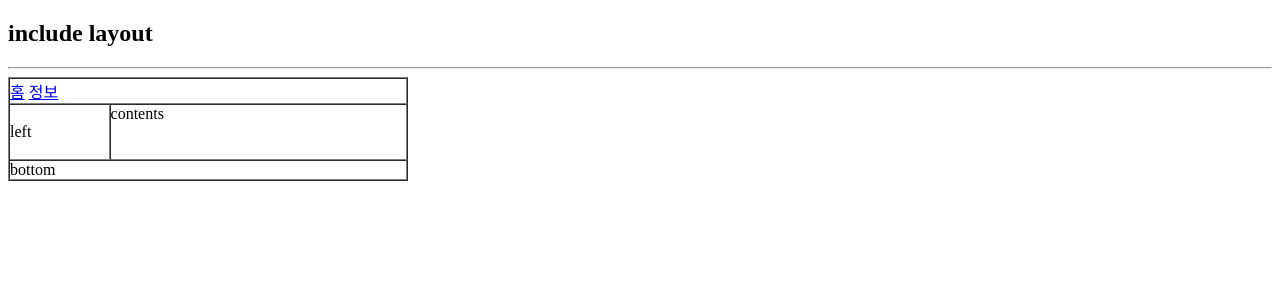
Repository: dongseon-git/WEB_JSP
Page: http://localhost/studyhtml5/jsp/j03/layout.jsp
The author's editor kept a copy of each file at every save. The page is drawn from the files as they stood at one save, then again after the next save.
The browser window is 1280 px wide. The pictures show the whole page.
The page is served by Tomcat 9. Nobody is signed in. The application's start-up code is not run. Other server files are loaded and not shown.

Above is the page before, as saved 2022-05-18 00:32:20.

### workspace/studyhtml5/WebContent/jsp/j03/layout.jsp
<%@ page language="java" contentType="text/html; charset=UTF-8"
    pageEncoding="UTF-8"%>
<!DOCTYPE html>
<html>
<head>
<meta charset="UTF-8">
<title>include: layout</title>
</head>
<body>
<h2>include layout</h2>
<hr/>
<table width="400" border="1" cellpadding= "0" cellspacing="0">
<tr>
<td colspan="2"><jsp:include page="/jsp/j03/top.jsp"></jsp:include></td>
</tr>

<tr>
<td width="100">left</td>
<td width="300">contents<br/><br/><br/></td>
</tr>

<tr>
<td  colspan="2">bottom</td>
</tr>

</table>
</body>
</html>

### workspace/studyhtml5/WebContent/jsp/j03/top.jsp
<%@ page language="java" contentType="text/html; charset=UTF-8"
    pageEncoding="UTF-8"%>
<!DOCTYPE html>
<a href="#">홈</a>
<a href="#">정보</a>

### workspace/studyhtml5/WebContent/jsp/j03/left.jsp
<%@ page language="java" contentType="text/html; charset=UTF-8"
    pageEncoding="UTF-8"%>
    좌측메뉴:

### workspace/studyhtml5/WebContent/jsp/j03/bottom.jsp
<%@ page language="java" contentType="text/html; charset=UTF-8"
    pageEncoding="UTF-8"%>
    하단메뉴:
    소개|도움말|약관|사이트맵

After the next save:
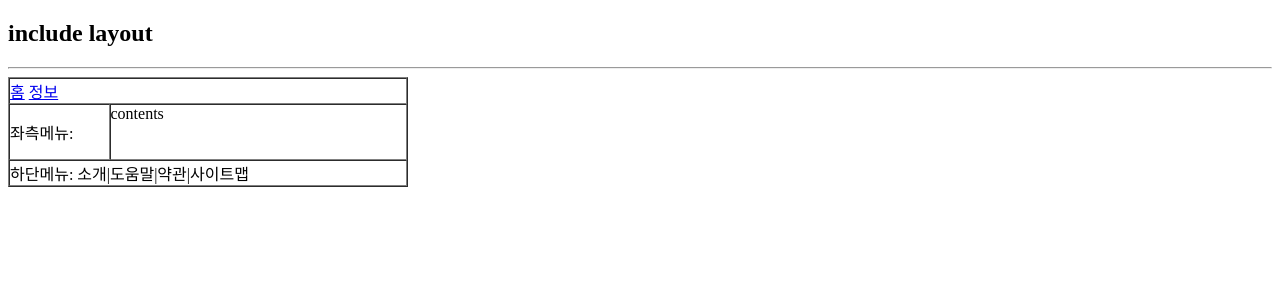
Saved 51 s later.
--- a/workspace/studyhtml5/WebContent/jsp/j03/layout.jsp
+++ b/workspace/studyhtml5/WebContent/jsp/j03/layout.jsp
@@ -15,12 +15,12 @@
 </tr>
 
 <tr>
-<td width="100">left</td>
+<td width="100"><jsp:include page="/jsp/j03/left.jsp"></jsp:include></td>
 <td width="300">contents<br/><br/><br/></td>
 </tr>
 
 <tr>
-<td  colspan="2">bottom</td>
+<td  colspan="2"><jsp:include page="/jsp/j03/bottom.jsp"></jsp:include></td>
 </tr>
 
 </table>
